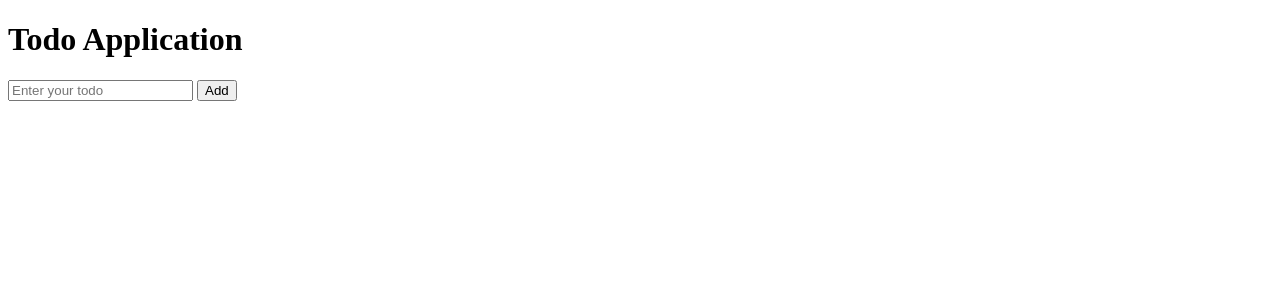
Repository: Alphosmart/param
Page: todo.html
These files come from the project's save history. The page is drawn as it stood at one moment and after the next save; the edit follows.
The browser window is 1280 px wide. The pictures show the whole page.

Above is the page before, as saved 2024-07-01 08:15:39.

After the next save:
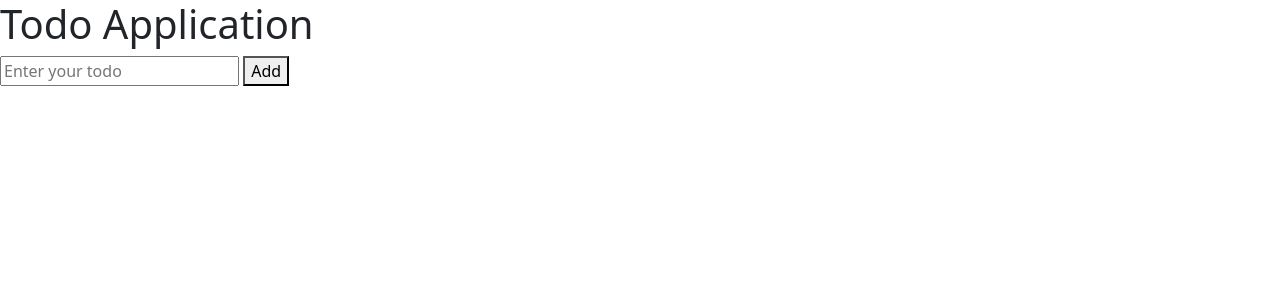
Saved 51 s later.
--- a/todo.html
+++ b/todo.html
@@ -1,21 +1,24 @@
 <!DOCTYPE html>
 <html lang="en">
+  <head>
+    <meta charset="UTF-8" />
+    <meta name="viewport" content="width=device-width, initial-scale=1.0" />
+    <title>Todo</title>
+    <link rel="stylesheet" href="style.css" />
+    <link
+      href="https://cdn.jsdelivr.net/npm/bootstrap@5.3.3/dist/css/bootstrap.min.css"
+      rel="stylesheet"
+      integrity="sha384-QWTKZyjpPEjISv5WaRU9OFeRpok6YctnYmDr5pNlyT2bRjXh0JMhjY6hW+ALEwIH"
+      crossorigin="anonymous"
+    />
+  </head>
 
-<head>
-    <meta charset="UTF-8">
-    <meta name="viewport" content="width=device-width, initial-scale=1.0">
-    <title>Todo</title>
-    <link rel="stylesheet" href="style.css">
-</head>
-
-<body>
+  <body style="bg-dark">
     <h1>Todo Application</h1>
-    <input type="text" placeholder="Enter your todo" id="todo">
+    <input type="text" placeholder="Enter your todo" id="todo" />
     <button onclick="addTodo()">Add</button>
     <div id="showFace"></div>
 
-
     <script src="script.js"></script>
-</body>
-
+  </body>
 </html>
